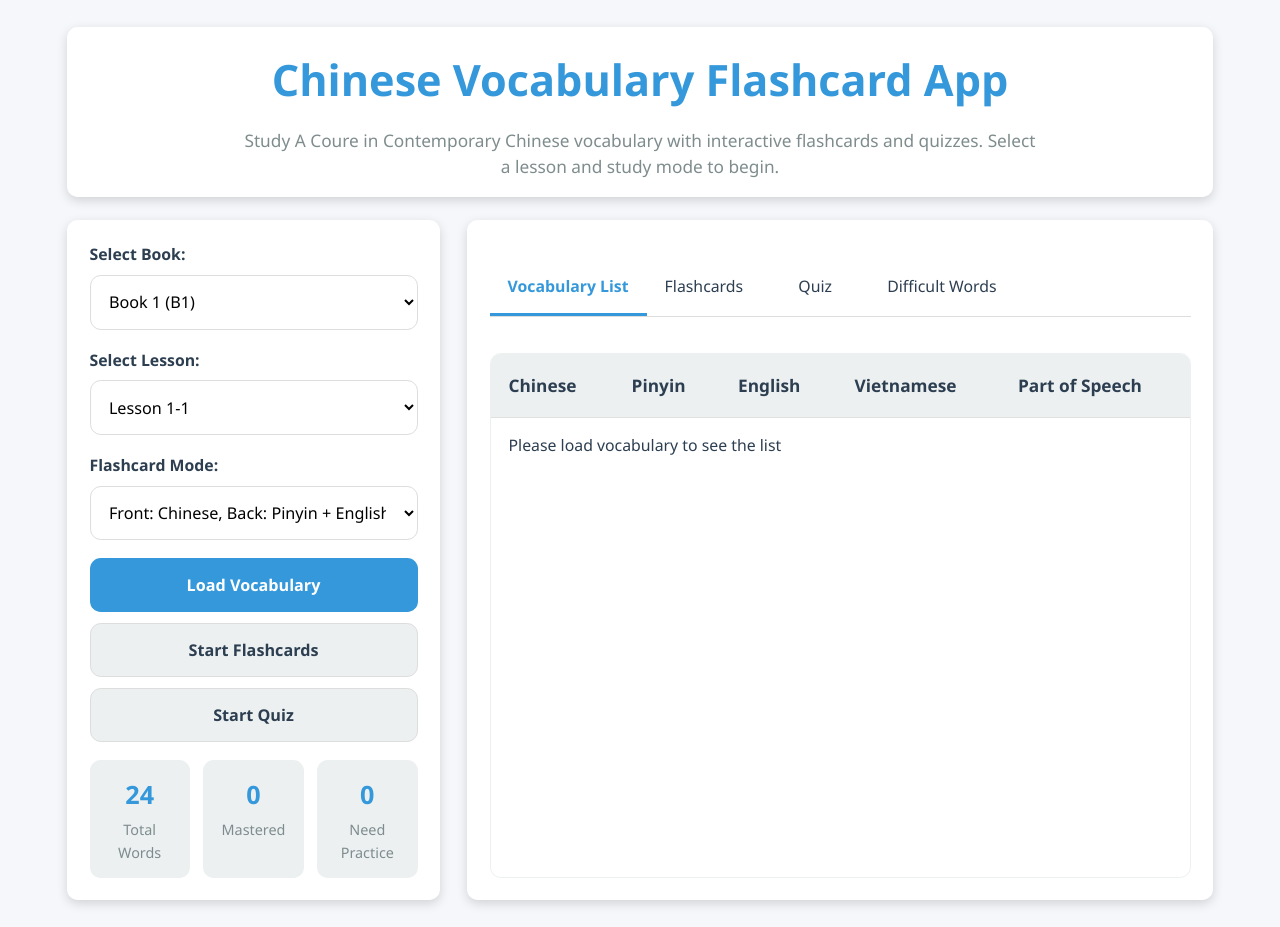
Repository: fangdongyzu/dangdaiflashcards
Page: index.html
These files come from the project's save history. The page is drawn as it stood at one moment and after the next save; the edit follows.
The browser window is 1280 px wide. The pictures show the whole page.

Above is the page before, as saved 2025-11-03 22:54:18.

After the next save:
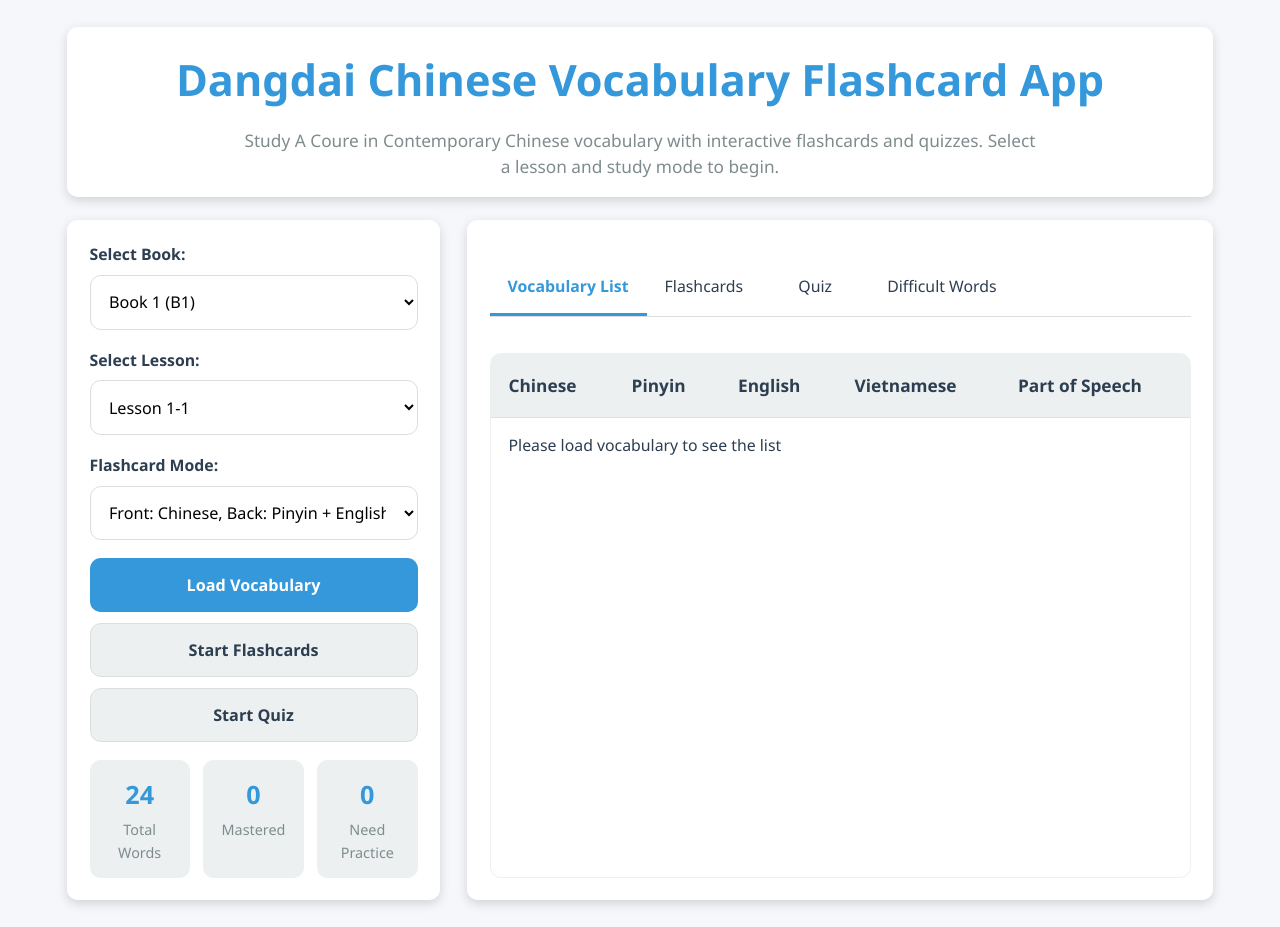
Saved 22 s later.
--- a/index.html
+++ b/index.html
@@ -9,7 +9,7 @@
 <body>
     <div class="container">
         <header>
-            <h1>Chinese Vocabulary Flashcard App</h1>
+            <h1>Dangdai Chinese Vocabulary Flashcard App</h1>
             <p class="app-description">Study A Coure in Contemporary Chinese vocabulary with interactive flashcards and quizzes. Select a lesson and study mode to begin.</p>
         </header>
 
